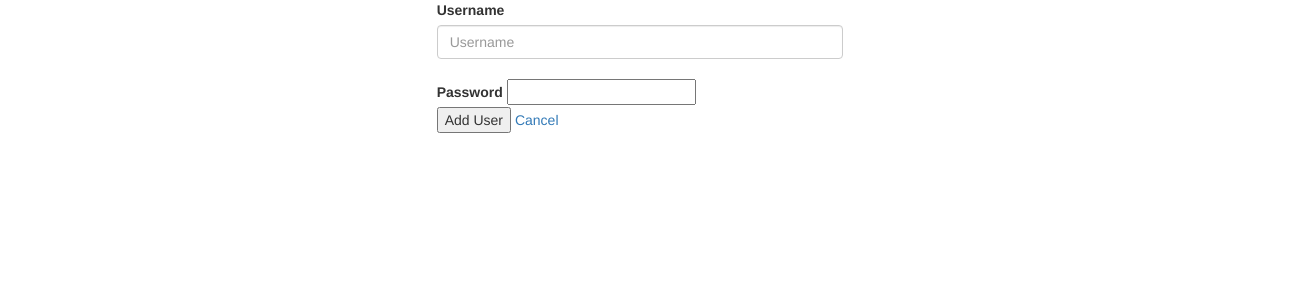
Repository: thefad3/python-mvc-firebase
Page: templates/adduser.html
The author's editor kept a record of every edit. The page is drawn from the files as they stood at one moment, then again after the next edit.
The browser window is 1280 px wide. The page is 1295 px wide, so the pictures cover 1295 px, including what lies to the right of the window. The pictures show the whole page.

Above is the page before.
Console error (its wording comes from the project's code and is left out).

After the next edit:
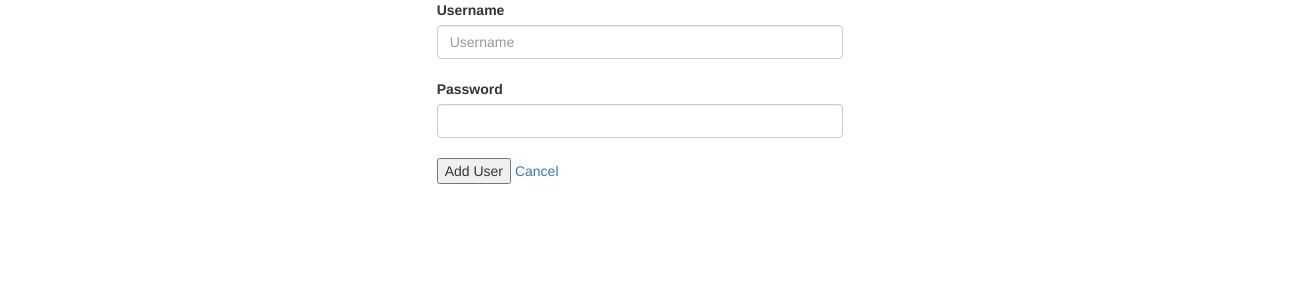
The edit:
--- a/templates/adduser.html
+++ b/templates/adduser.html
@@ -8,7 +8,7 @@
         <input type="text" name="username" class="form-control" placeholder="Username" required>
         <br>
         <label>Password</label>
-        <input type="password" name="password" required>
+        <input type="password" class="form-control" name="password" required>
         <br>
         <input type="submit" value="Add User">
         <a href="/">Cancel</a>
